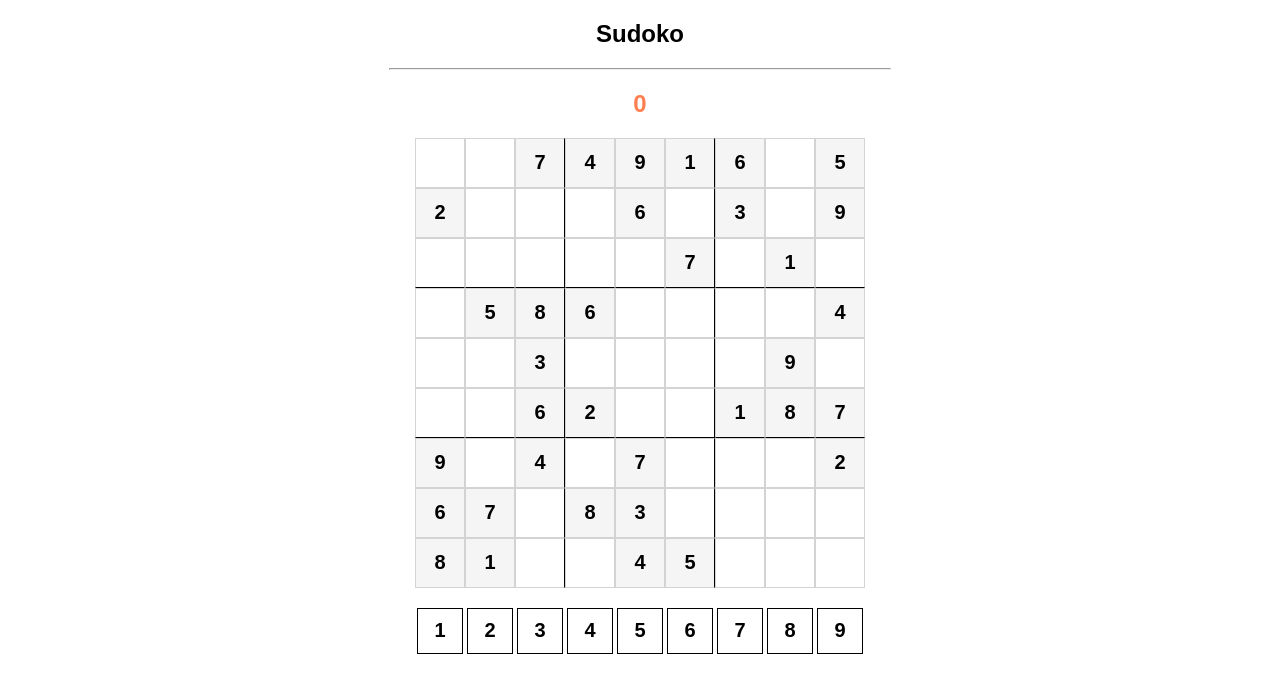
Repository: divyaravada/javascript-games
Page: sudoko/sudoko.html
The author's editor kept a copy of each file at every save. The page is drawn from the files as they stood at one save, then again after the next save.
The browser window is 1280 px wide. The pictures show the whole page.

Above is the page before, as saved 2022-03-15 18:30:46.

### sudoko/sudoko.html
<!DOCTYPE html>
<html>
  <head>
    <meta charset="UTF-8" />
    <meta
      name="viewport"
      content="width=device-width"
      initial-scale="1.0"
      user-scalable="no"
    />
    <title>Sudoko Game</title>
    <link rel="stylesheet" href="./sudoko.css" />
  </head>
  <body>
    <h2>Sudoko</h2>
    <hr />
    <h2 id="errors">0</h2>

    <!-- 9x9 board-->
    <div id="board"></div>
    <br />
    <div id="digits"></div>

    <script src="./sudoko.js"></script>
  </body>
</html>

### sudoko/sudoko.css
body {
  font-family: Arial, Helvetica, sans-serif;
  text-align: center;
}
hr {
  width: 500px;
}
#errors {
  color: coral;
}
#board {
  width: 450px;
  height: 450px;

  margin: 0 auto;
  display: flex;
  flex-wrap: wrap;
}
#digits {
  width: 450px;
  height: 50px;

  margin: 0 auto;
  display: flex;
  flex-wrap: wrap;
}
.tile {
  width: 48px;
  height: 48px;
  border: 1px solid lightgray;

  font-size: 20px;
  font-weight: bold;
  display: flex;
  justify-content: center;
  align-items: center;
}
.number {
  width: 44px;
  height: 44px;
  border: 1px solid black;
  margin: 2px;

  font-size: 20px;
  font-weight: bold;
  display: flex;
  justify-content: center;
  align-items: center;
}

.number-selected {
  background-color: gray;
}

.tile-start {
  background-color: whitesmoke;
}
.horizontal-line {
  border-bottom: 1px solid black;
}
.vertical-line {
  border-right: 1px solid black;
}

### sudoko/sudoko.js
var numSelected = null;
var titleSelected = null;
var errors = 0;

var board = [
  "--74916-5",
  "2---6-3-9",
  "-----7-1-",
  "-586----4",
  "--3----9-",
  "--62--187",
  "9-4-7---2",
  "67-83----",
  "81--45---",
];
var solution = [
  "387491625",
  "241568379",
  "569327418",
  "758619234",
  "123784596",
  "496253187",
  "934176852",
  "675832941",
  "812945763",
];

window.onload = function () {
  setGame();
};

function setGame() {
  //digits 1-9
  for (let i = 1; i <= 9; i++) {
    let number = document.createElement("div");
    number.id = i;
    number.innerText = i;
    number.addEventListener("click", selectNumber);
    number.classList.add("number");
    document.getElementById("digits").appendChild(number);
  }
  //Board
  for (let r = 0; r < 9; r++) {
    for (let c = 0; c < 9; c++) {
      let tile = document.createElement("div");
      tile.id = r.toString() + "-" + c.toString();
      if (board[r][c] != "-") {
        tile.innerText = board[r][c];
        tile.classList.add("tile-start");
      }
      if (r == 2 || r == 5) {
        tile.classList.add("horizontal-line");
      }
      if (c == 2 || c == 5) {
        tile.classList.add("vertical-line");
      }
      tile.addEventListener("click", selectTitle);
      tile.classList.add("tile");
      document.getElementById("board").append(tile);
    }
  }
}

function selectNumber() {
  if (numSelected != null) {
    numSelected.classList.remove("number-selected");
  }
  numSelected = this;
  numSelected.classList.add("number-selected");
}

function selectTitle() {
  if (numSelected) {
    if (this.innerText != "") {
      return;
    }

    let coords = this.id.split("-");
    let r = parseInt(coords[0]);
    let c = parseInt(coords[1]);

    if (solution[r][c] == numSelected.id) {
      this.innerText = numSelected.id;
    } else {
      errors += 1;
      document.getElementById("errors").innerText = errors;
    }
  }
}

After the next save:
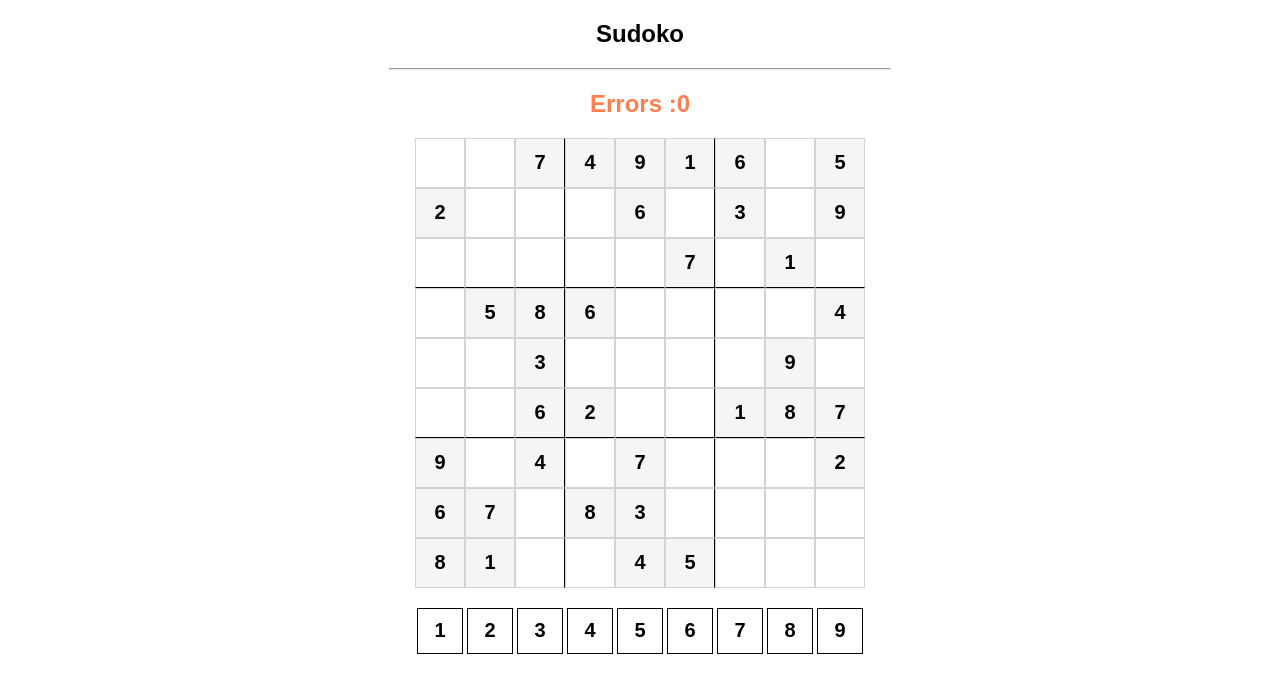
Saved 42 s later.
--- a/sudoko/sudoko.html
+++ b/sudoko/sudoko.html
@@ -14,7 +14,7 @@
   <body>
     <h2>Sudoko</h2>
     <hr />
-    <h2 id="errors">0</h2>
+    <h2 id="errors">Errors :0</h2>
 
     <!-- 9x9 board-->
     <div id="board"></div>
